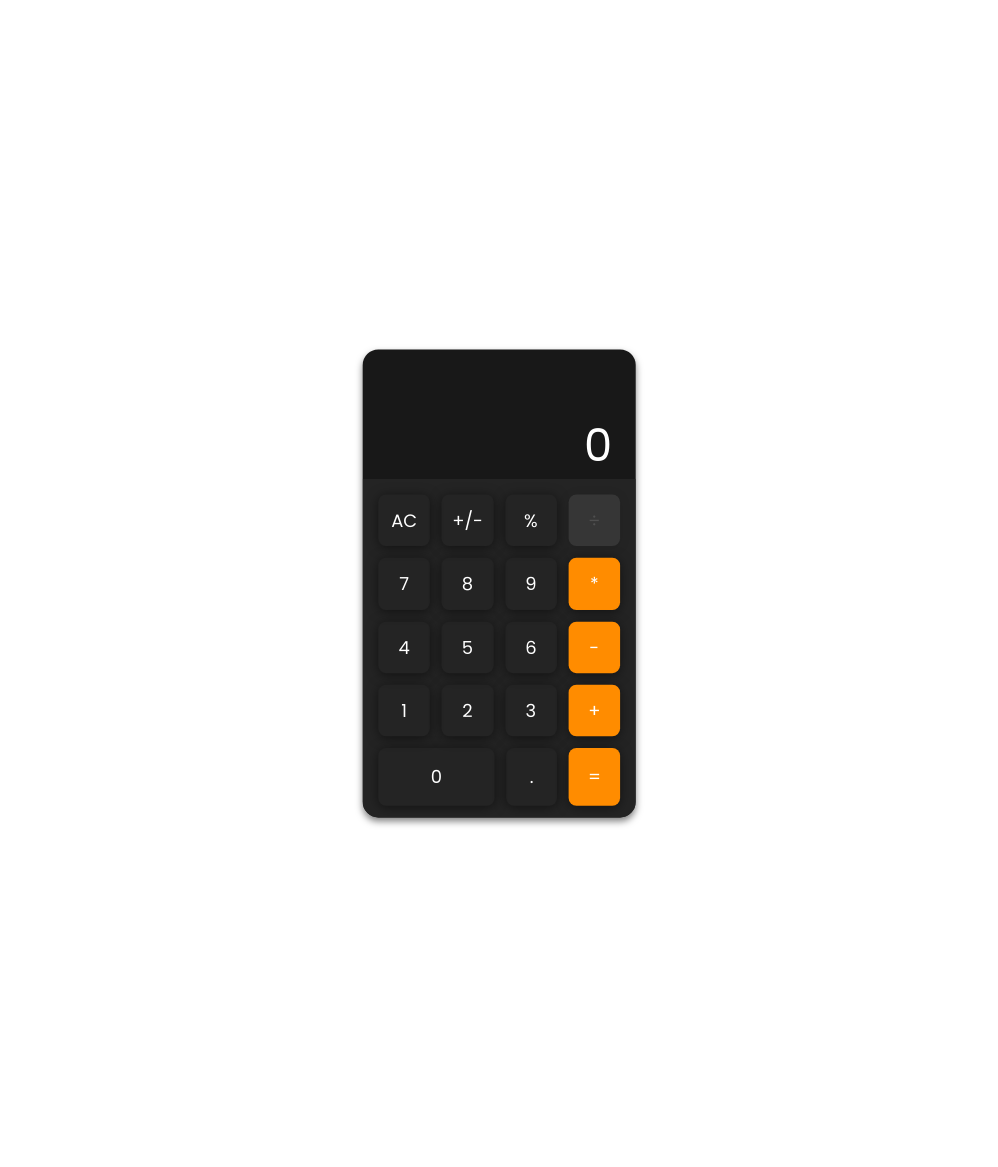
Repository: minhtien9/Calculator
Page: /
These files come from the project's save history. The page is drawn as it stood at one moment and after the next save; the edit follows.
The browser window is 1280 px wide. The pictures show the whole page, at 78% of full size.
The pointer rests on the first visible `.orange`.
The project was rebuilt for these pictures with package versions that can differ from the ones it lists, and the page was loaded fresh each time.

Above is the page before, as saved 2022-07-21 22:33:38.

After the next save:
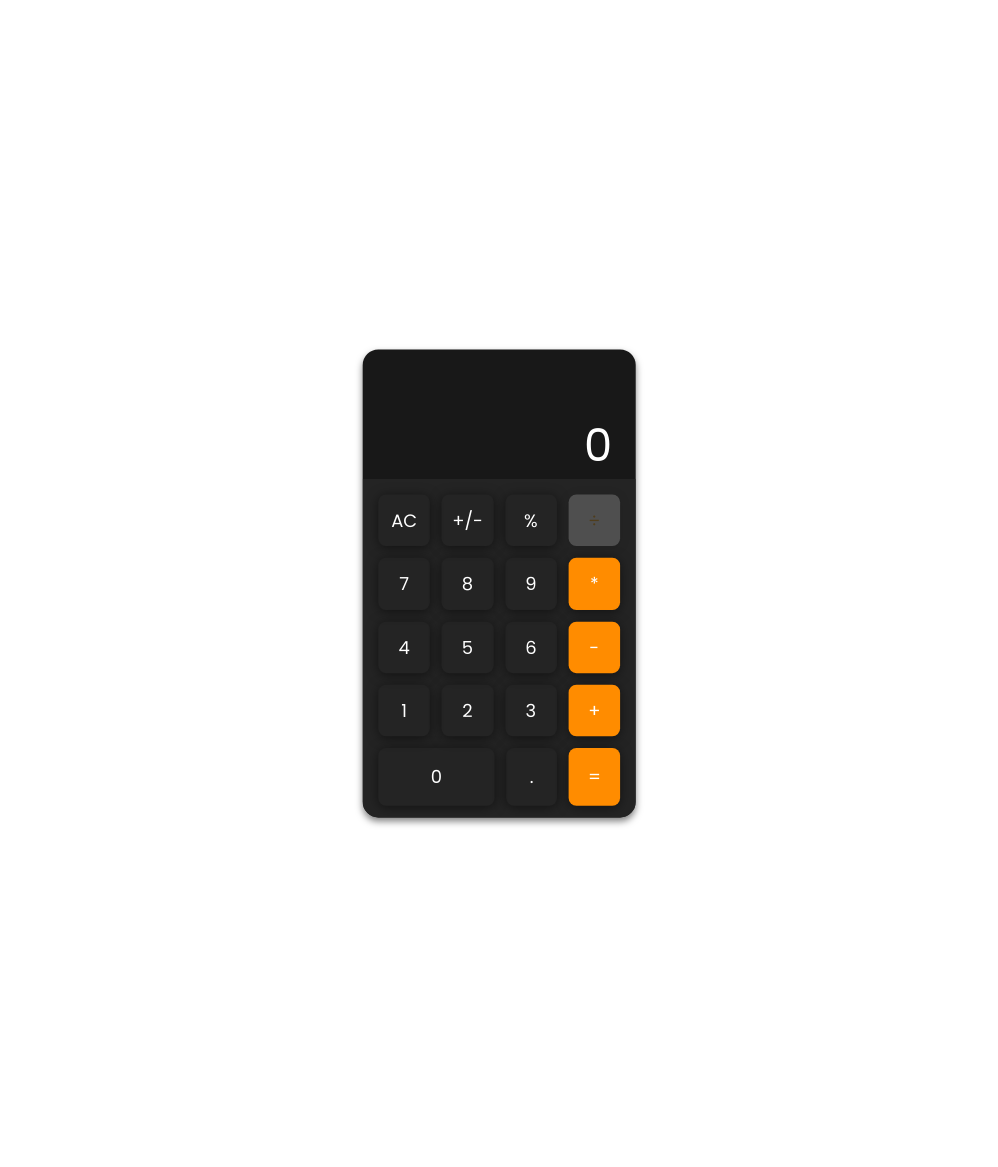
Saved 13 s later.
--- a/src/Components/Caculator.scss
+++ b/src/Components/Caculator.scss
@@ -25,6 +25,8 @@ button:hover {
 }
 
 .orange:hover {
+    background-color: white;
+    color: orange;
 }
 
 .caculator {
